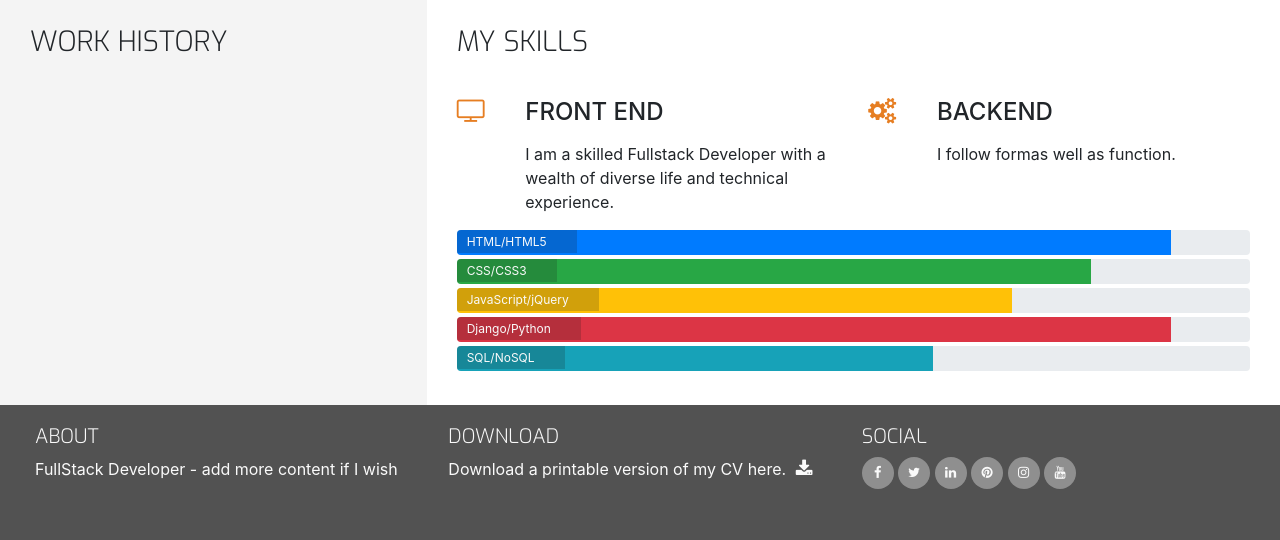
Repository: JustWhiteGit/Rosies-Resume
Page: resume.html
The author's editor kept a record of every edit. The page is drawn from the files as they stood at one moment, then again after the next edit.
The browser window is 1280 px wide. The pictures show the part of the page from y = 369 to 989 px (the page is 909 px tall before and 989 px after).

Above is the page before.

After the next edit:
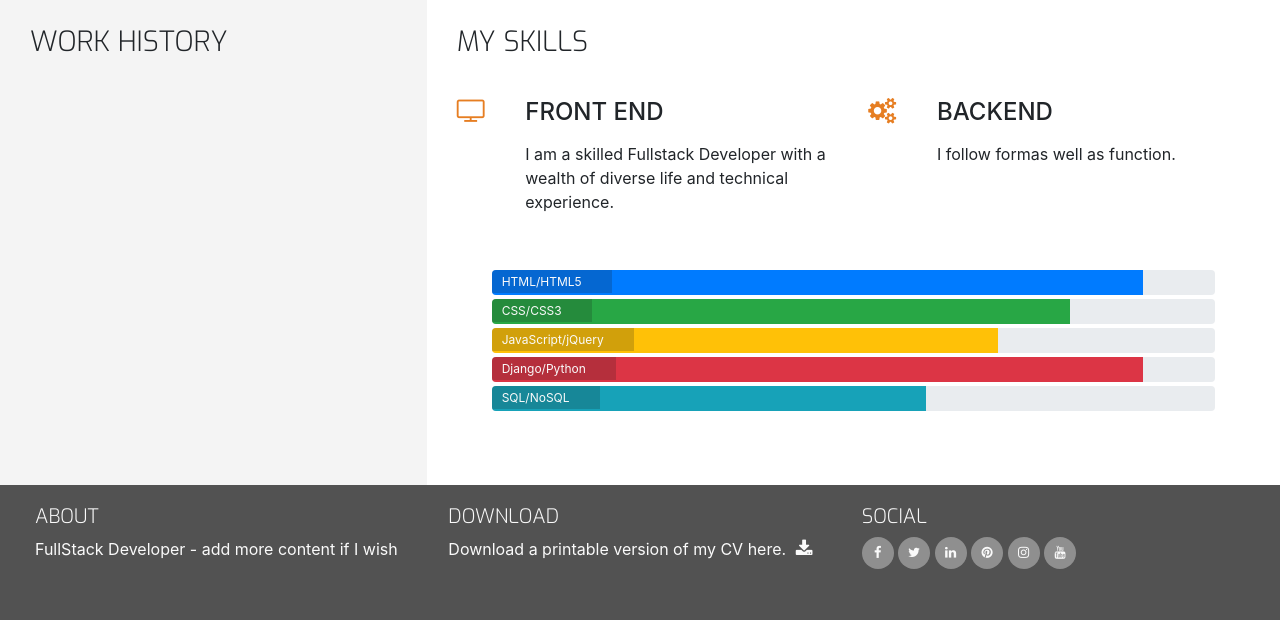
The edit:
--- a/resume.html
+++ b/resume.html
@@ -90,7 +90,7 @@
                     </div>
 
                 </div>
-                <div class="row">
+                <div class="row progress-section">
                     <div class="col">
                         <div class="progress">
                             <div class="progress-bar" role="progressbar" aria-valuenow="90" aria-valuemin="0" aria-valuemax="100" style="width:90%">
